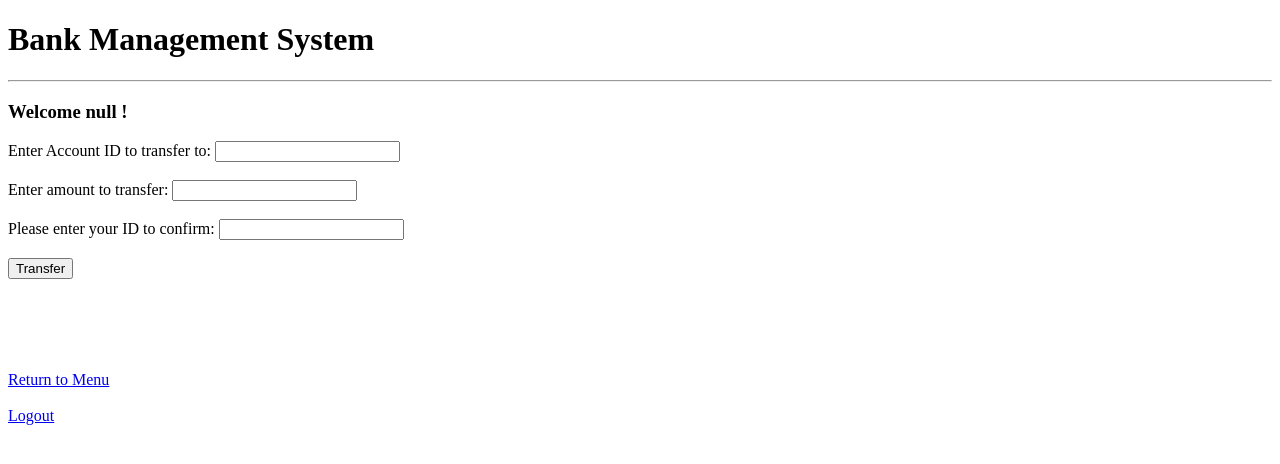
Repository: brnce/Wiley-Java-Project
Page: http://localhost/TransferFundsInputPage
These files come from the project's save history. The page is drawn as it stood at one moment and after the next save; the edit follows.
The browser window is 1280 px wide. The pictures show the whole page.
The page is this project's Thymeleaf template; nobody is signed in. The template is opened directly, without the code that normally fills it, so the values that code supplies are empty.

Above is the page before, as saved 2022-12-02 10:52:38.

After the next save:
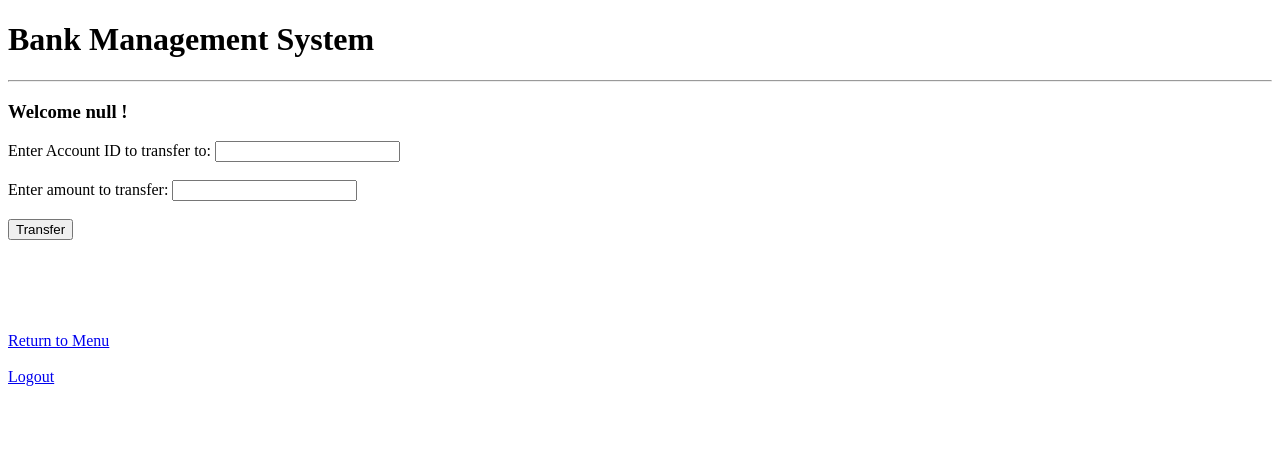
Saved 2 min 15 s later.
--- a/SpringBootMVCProject/AccountSpringBootMVCProject/src/main/resources/templates/TransferFundsInputPage.html
+++ b/SpringBootMVCProject/AccountSpringBootMVCProject/src/main/resources/templates/TransferFundsInputPage.html
@@ -9,9 +9,8 @@
 <hr>
 <h3 th:text="'Welcome ' + ${session.customer.customerName} + ' !'"></h3>
 <form action="./transferFunds">
-		Enter Account ID to transfer to: <input type="text" name="transferId"><br><br>
-		Enter amount to transfer: <input type="text" name="transferAmount"><br><br>
-		Please enter your ID to confirm: <input type="text" name="userId"><br><br>
+		Enter Account ID to transfer to: <input type="text" name="accountId"><br><br>
+		Enter amount to transfer: <input type="text" name="amount"><br><br>
 		<input type="submit" value="Transfer">
 </form>
 <br><br>
